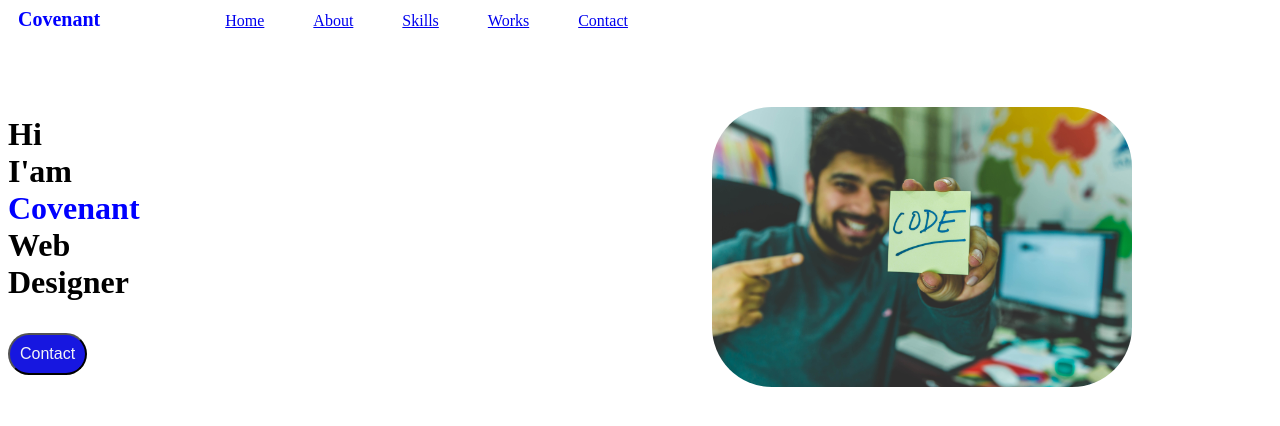
Repository: Tobby004/bdc-assignment-1
Page: index.html
These files come from the project's save history. The page is drawn as it stood at one moment and after the next save; the edit follows.
The browser window is 1280 px wide. The pictures show the whole page.

Above is the page before, as saved 2023-02-09 10:49:35.

After the next save:
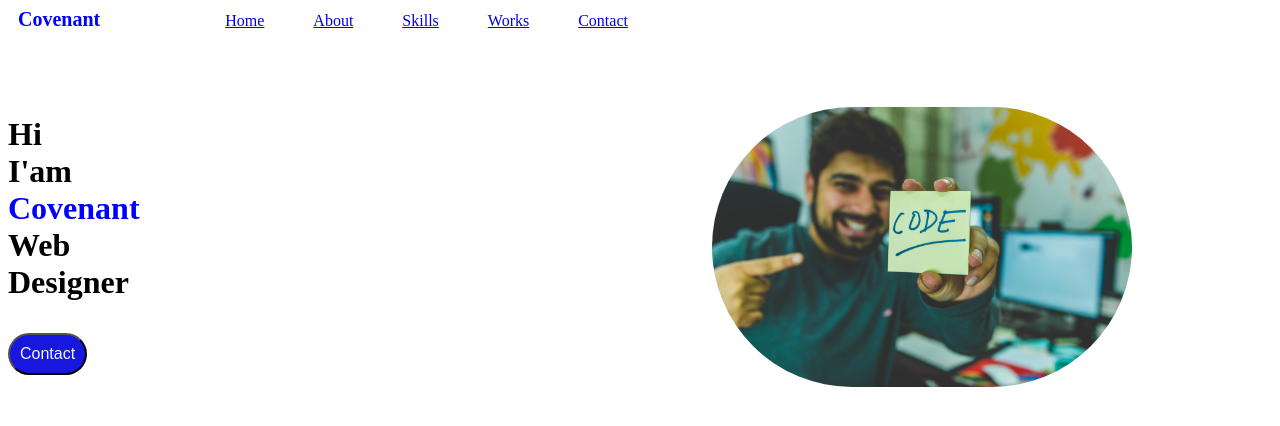
Saved 110 s later.
--- a/task.css
+++ b/task.css
@@ -25,7 +25,7 @@ img{
     width: 500px;
     padding: 40px;
     float: right;
-    border-radius: 100px;
+    border-radius: 200px;
     margin-left: 500px;
     margin-right: 100px;
 
